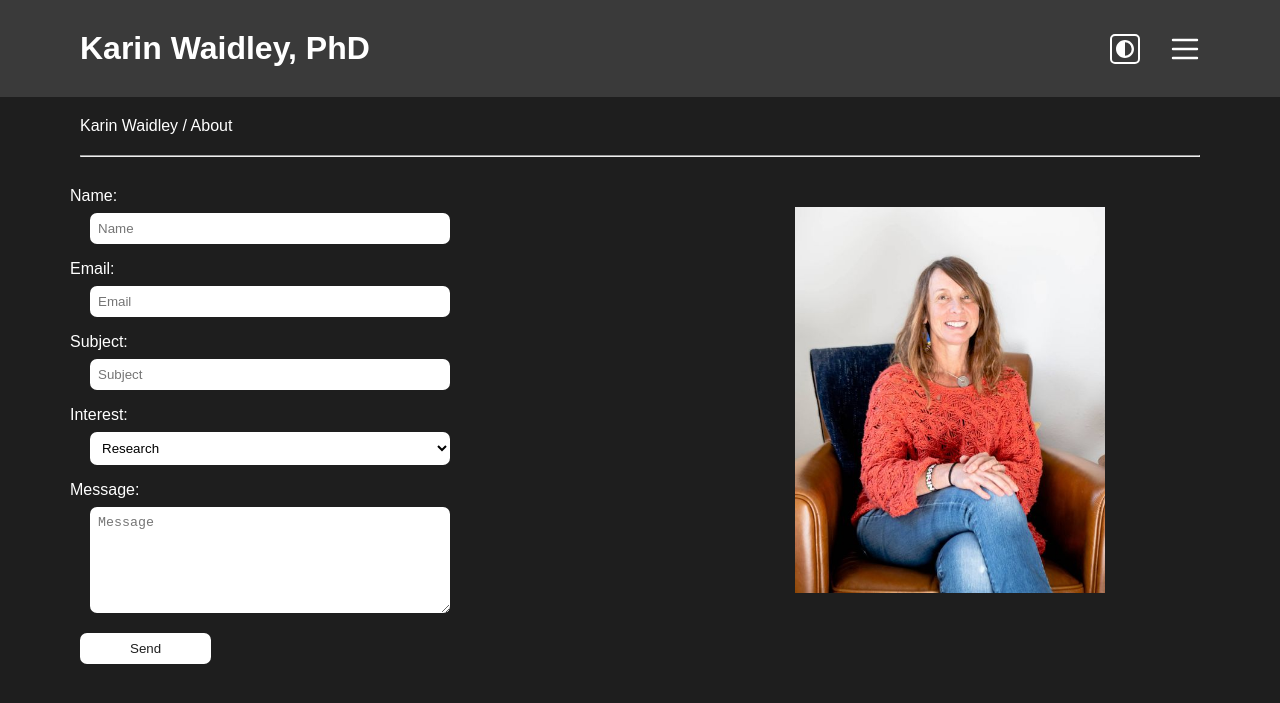
Repository: Ceasor7/Karin
Page: contact.html
These files come from the project's save history. The page is drawn as it stood at one moment and after the next save; the edit follows.
The browser window is 1280 px wide. The pictures show the whole page.

Above is the page before, as saved 2023-12-14 17:23:00.

### contact.html
<!DOCTYPE html>
<html lang="en">

<head>
    <meta charset="UTF-8">
    <meta name="viewport" content="width=device-width, initial-scale=1.0">
    <title>Karin Waidley, PhD | Contact</title>
    <style>
        ::-webkit-scrollbar {
            width: .8em;
            border-radius: .3rem;
            background-color: hsl(0, 0%, 65%);
        }

        ::-webkit-scrollbar-thumb {
            border-radius: .3rem;
            background-color: hsl(0, 0%, 55%);
        }

        ::-webkit-scrollbar-thumb:hover {
            background-color: hsl(0, 0%, 45%);
        }

        /* Resetting some default styles for better consistency */
        body,
        h1,
        h2,
        h3,
        p,
        ul,
        li {
            margin: 0;
            padding: 0;
            list-style: none;
        }

        /* Global styles */
        body {
            font-family: Arial, sans-serif;
            background-color: var(--primary-color);
        }

        :root {
            --primary-color: #1E1E1E;
            --secondary-color: #ffffff;
        }

        .darkmode {
            --primary-color: #ffffff;
            --secondary-color: #1E1E1E;
        }

        /* Navbar styles */
        header {
            background-color: #3A3A3A;
            color: white;
            padding: 10px 0;
        }

        .navbar {
            display: flex;
            justify-content: space-between;
            align-items: center;
            padding: 20px;
            margin-left: 60px;
            margin-right: 60px;
        }

        .navbar-logo {
            font-size: 2em;
            font-weight: bold;
        }

        .navbar-icons {
            display: flex;
            gap: 10px;
        }

        .dark-mode-toggle {
            color: var(--secondary-color);
            border: 2px solid currentColor;
            padding: 4px;
            background: transparent;
            cursor: pointer;
            border-radius: 5px;
            width: 30px;
            height: 30px;
        }

        .dark-mode-toggle,
        .svg-icon {
            margin-right: 20px;
        }

        /* Main content styles */
        section {
            margin-top: 20px;
        }

        .page-title {
            color: var(--secondary-color);
            margin-bottom: 20px;
        }

        /* Contact form styles */
        form {
            max-width: 600px;
            margin: 0 auto;
            color: var(--secondary-color);
        }

        label {
            display: block;
            margin-bottom: 8px;
            text-align: left;
            margin-left: 60px;
        }

        input,
        textarea,
        select {
            width: 60%;
            padding: 8px;
            margin-bottom: 16px;
            box-sizing: border-box;
            margin-left: 80px;
            background-color: white;
            border: none;
            border-radius: 7px;

        }

        /* New section styles */
        .image-section {
            text-align: center;
            margin-top: 20px;
        }

        .image-section img {
            max-width: 50%;
            height: auto;
        }

        /* Add this CSS to make the two divs beside each other */
        .flex-container {
            display: flex;
            justify-content: space-between;
            margin-top: 30px;
        }

        .flex-container>div {
            flex: 1;
            margin-right: 20px;
        }

        .form-button {
            margin-left: 80px;
            margin-bottom: 20px;
        }

        .formSend-button {
            padding: 8px;
            background-color: var(--secondary-color);
            color: var(--primary-color);
            padding-left: 50px;
            padding-right: 50px;
            border-radius: 7px;
            border: none;
        }

        section {
            margin-top: 20px;
            margin-left: 80px;
            margin-right: 80px;
        }
    </style>
</head>

<body>
    <header>
        <div class="navbar">
            <div class="navbar-logo">Karin Waidley, PhD</div>
            <div class="navbar-icons">
                <button id="dark-mode-toggle" class="dark-mode-toggle">
                    <svg width="100%" xmlns="http://www.w3.org/2000/svg" viewBox="0 0 496 496">
                        <path fill="currentColor"
                            d="M8,256C8,393,119,504,256,504S504,393,504,256,393,8,256,8,8,119,8,256ZM256,440V72a184,184,0,0,1,0,368Z"
                            transform="translate(-8 -8)" />
                    </svg>
                </button>
                <svg xmlns="http://www.w3.org/2000/svg" x="0px" y="0px" width="30" height="30" viewBox="0 0 50 50"
                    style="fill:#FFFFFF;">
                    <path
                        d="M 5 8 A 2.0002 2.0002 0 1 0 5 12 L 45 12 A 2.0002 2.0002 0 1 0 45 8 L 5 8 z M 5 23 A 2.0002 2.0002 0 1 0 5 27 L 45 27 A 2.0002 2.0002 0 1 0 45 23 L 5 23 z M 5 38 A 2.0002 2.0002 0 1 0 5 42 L 45 42 A 2.0002 2.0002 0 1 0 45 38 L 5 38 z">
                    </path>
                </svg>
            </div>
        </div>
    </header>

    <section>
        <p class="page-title">Karin Waidley / About</p>
        <hr>
    </section>
    <div class="flex-container">
        <div>
            <form>
                <label for="name">Name:</label>
                <input type="text" id="name" placeholder="Name" name="name" required>

                <label for="email">Email:</label>
                <input type="email" id="email" placeholder="Email" name="email" required>

                <label for="subject">Subject:</label>
                <input type="text" id="subject" placeholder="Subject" name="subject" required>

                <label for="interest">Interest:</label>
                <select id="interest" name="interest">
                    <option value="research">Research</option>
                    <option value="speaking">Speaking</option>
                    <option value="teaching">Teaching</option>
                    <option value="community-reach">Community Reach</option>
                </select>

                <label for="message">Message:</label>
                <textarea id="message" placeholder="Message" name="message" rows="6" required></textarea>


            </form>
        </div>
        <!-- New section with image -->
        <div class="image-section">
            <img src="images/Karin.jpeg" alt="Karin Waidley">
        </div>
    </div>
    <div class="form-button">
        <button class="formSend-button" type="submit">Send</button>
    </div>

    <script src="darkmode.js"></script>
</body>

</html>

### darkmode.js

let darkMode = localStorage.getItem('darkMode');

const darkModeToggle = document.querySelector('#dark-mode-toggle');

const enableDarkMode = () => {
  document.body.classList.add('darkmode');
  localStorage.setItem('darkMode', 'enabled');
}

const disableDarkMode = () => {

  document.body.classList.remove('darkmode');

  localStorage.setItem('darkMode', null);
}


if (darkMode === 'enabled') {
  enableDarkMode();
}

darkModeToggle.addEventListener('click', () => {

  darkMode = localStorage.getItem('darkMode');

  if (darkMode !== 'enabled') {
    enableDarkMode();
  } else {
    disableDarkMode();
  }
});

After the next save:
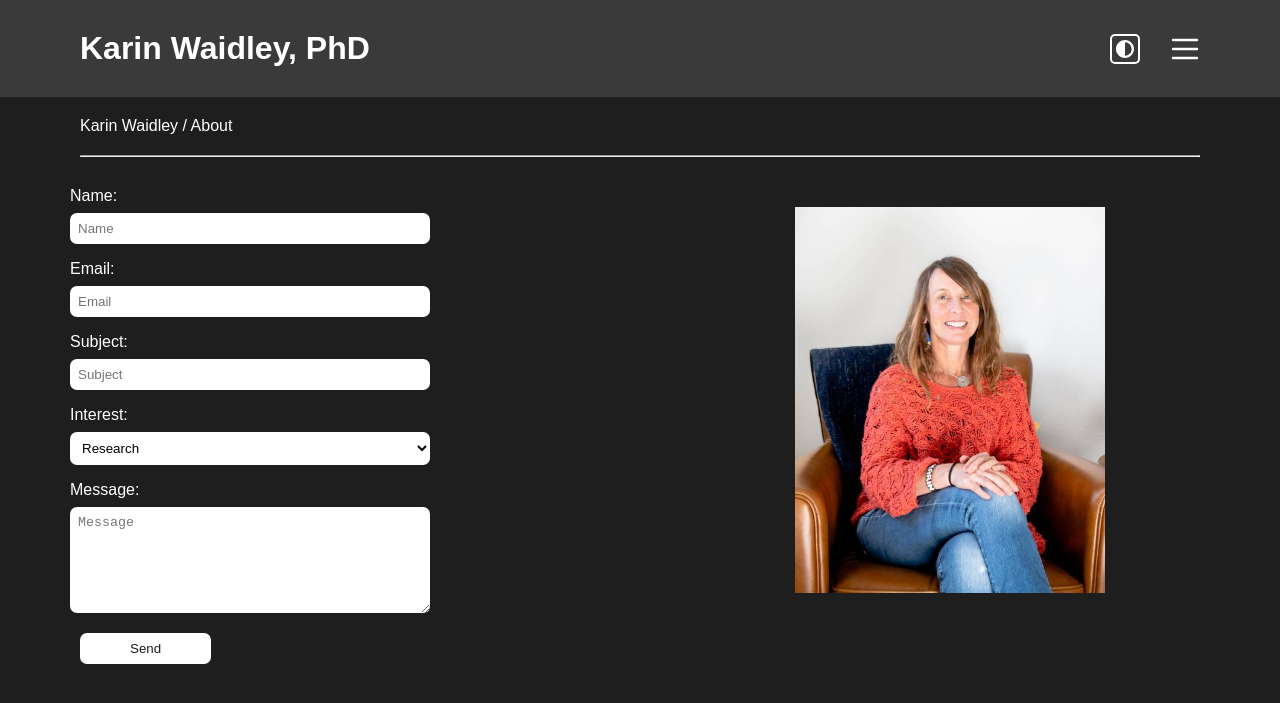
Saved 11 s later.
--- a/contact.html
+++ b/contact.html
@@ -123,7 +123,7 @@
             padding: 8px;
             margin-bottom: 16px;
             box-sizing: border-box;
-            margin-left: 80px;
+            margin-left: 60px;
             background-color: white;
             border: none;
             border-radius: 7px;
